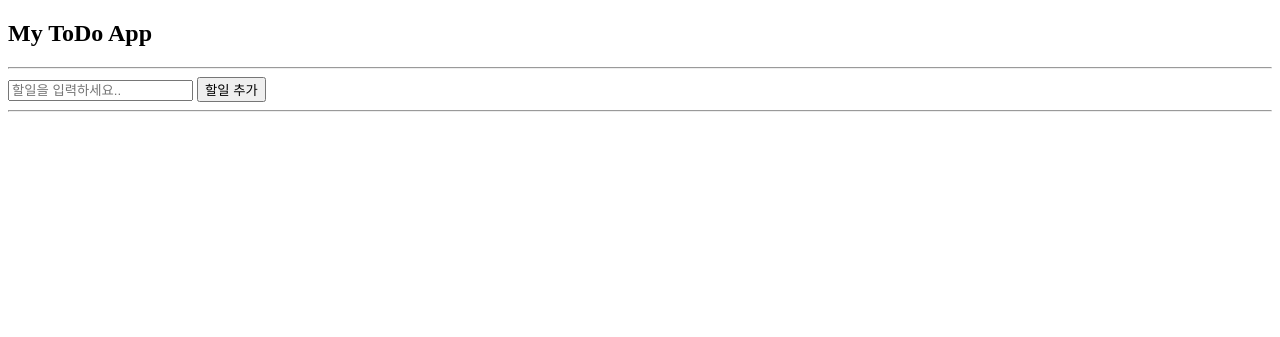
Repository: dngus1683/GameRoom
Page: project1_GameRoom/1~2주차 점검 공부정리/dev/MyWorkspace/jwbook/src/main/webapp/ch03/todoapp.html
The author's editor kept a copy of each file at every save. The page is drawn from the files as they stood at one save, then again after the next save.
The browser window is 1280 px wide. The pictures show the whole page.

Above is the page before, as saved 2022-04-19 14:08:36.

After the next save:
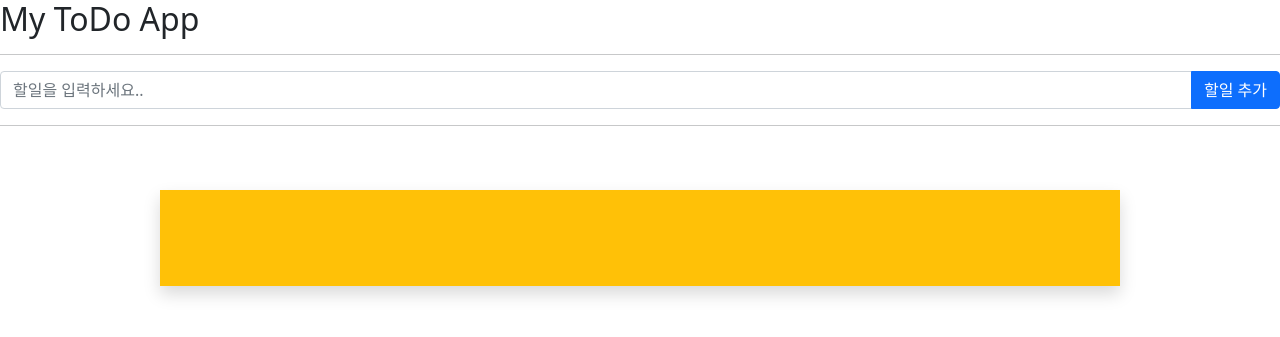
Saved 9 min 41 s later.
--- a/project1_GameRoom/1~2주차 점검 공부정리/dev/MyWorkspace/jwbook/src/main/webapp/ch03/todoapp.html
+++ b/project1_GameRoom/1~2주차 점검 공부정리/dev/MyWorkspace/jwbook/src/main/webapp/ch03/todoapp.html
@@ -3,18 +3,27 @@
 <head>
 <meta charset="UTF-8">
 <title>실습 3-2</title>
+<link href="https://cdn.jsdelivr.net/npm/bootstrap@5.0.2/dist/css/bootstrap.min.css"
+ rel="stylesheet" integrity="sha384-EVSTQN3/azprG1Anm3QDgpJLIm9Nao0Yz1ztcQTwFspd3yD65VohhpuuCOmLASjC" crossorigin="anonymous"> <!-- 부트스트랩 -->
 </head>
 <body>
 	<div>
 		<h2>My ToDo App</h2>
 		<hr>
-		<div>
-			<input id="item" type="text" placeholder="할일을 입력하세요.."> <!-- 입력 필드에 사용자가 적절한 값을 입력할 수 있도록 도와주는 짧은 도움말 명시 -->
-			<button type="button" onclick="addItem()">할일 추가</button>
+		<div class="input-group"> <!-- input-group" 입력 요소를 같은 라인에 보기 좋게 연결되도록 묶어준다. -->
+			<input id="item" class="form-control" type="text" placeholder="할일을 입력하세요.."> <!-- 입력 필드에 사용자가 적절한 값을 입력할 수 있도록 도와주는 짧은 도움말 명시 --><!-- form-control입력 요소에 기본적인 디자인을 적용한다. -->
+			<button type="button" class="btn btn-primary" onclick="addItem()">할일 추가</button>	<!-- btn btn-primary: 파란색 버튼을 생성한다. -->
 		</div>
 		<hr>
-		<ul id="todolist"></ul>
+		<ul id="todolist" class="list-group"></ul>
+	</div>
+	<!-- 메인 박스 디자인 -->
+	<div class="container bg-warning shadow mx-auto mt-5 p-5 w-75">
+	<!-- container: 화면 전체를 차지하지 않는 고정 크기 컨테이너로 브라우저 크기 변동에 반응해서 변함. -->
+	<!-- bg-warning: 기본 노란색(warning) 컬러로 배경색을 지정한다. shadow: 박수 테두리에 그림자 효과를 추가한다.  -->
+	<!-- mt-5: 박스가 브라우저 상단에 붙어 있지 않도록 최대 상단 마진margin top을 설정(0~5단계) p-5: 박스 안쪽에 텍스트가 테두리에 붙어 있지 않도록 안쪽 패딩 설정 w-75박스 크기를 브라우저 크기의 75% -->
 
 	</div>
+
 </body>
 </html>
